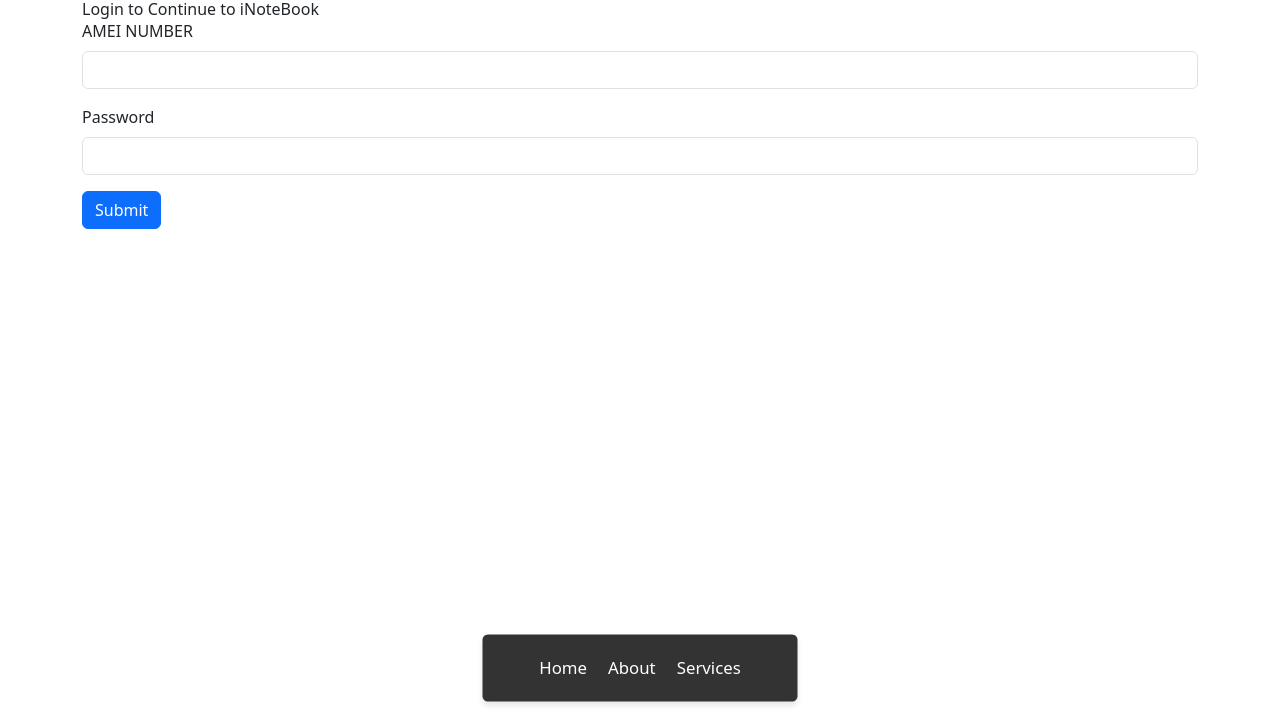
Repository: shash0708/GMR-Lines
Page: /login (app in frontend/)
These files come from the project's save history. The page is drawn as it stood at one moment and after the next save; the edit follows.
The browser window is 1280 px wide. The pictures show the whole page.
The pointer rests on the first visible `.navbar`.
The page's requests for data from a server got no answer. The project was rebuilt for these pictures with package versions that can differ from the ones it lists, and the page was loaded fresh each time. No one was signed in, and anything a server would have sent is missing. Also part of the build but not shown: frontend/src/components/Buttons/Buttons.component.jsx, frontend/src/components/Home/Home.component.jsx, frontend/src/components/Form/Form.css, frontend/src/components/speedDail/SpeedDail.component.jsx, frontend/src/components/Form/Form.component.jsx, frontend/src/components/Card/Card.jsx, frontend/src/components/Card/Card.css, frontend/src/components/Card/Card.component.jsx and 4 more.

Above is the page before, as saved 2024-09-08 23:16:48.

After the next save:
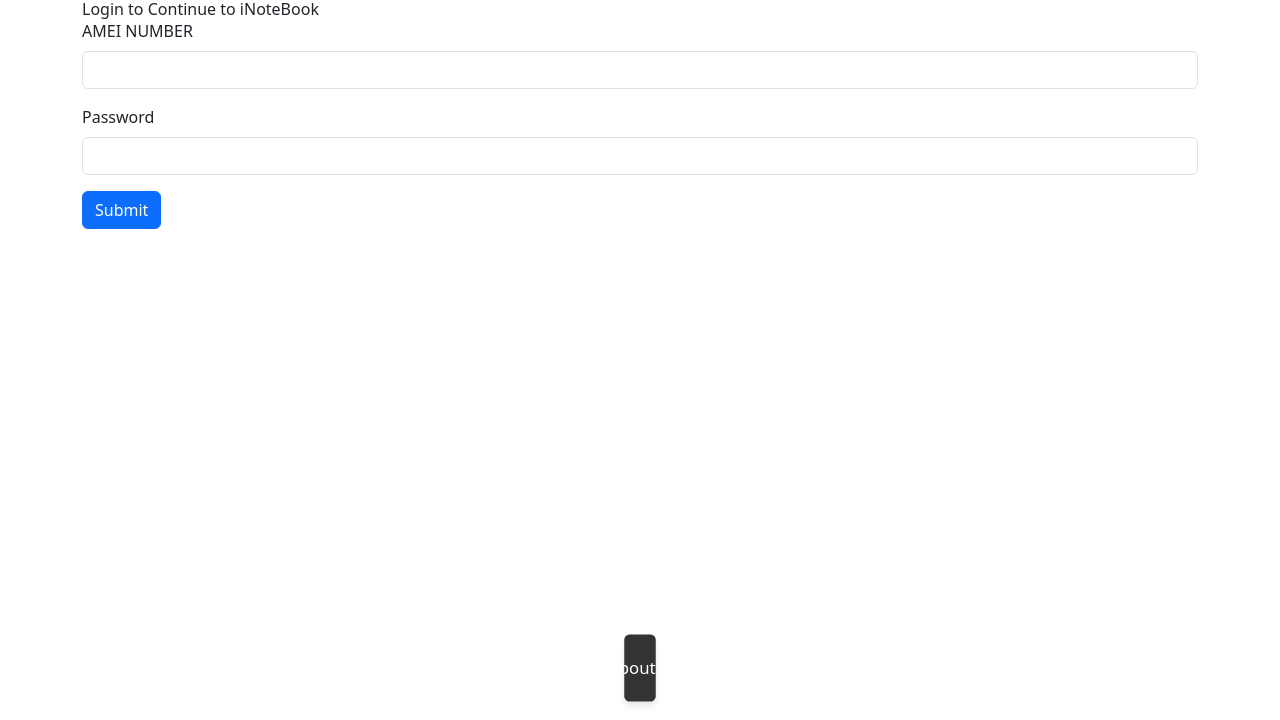
Saved 16 s later.
--- a/frontend/src/components/Header/Navbar.css
+++ b/frontend/src/components/Header/Navbar.css
@@ -28,7 +28,7 @@
   }
 
   .navbar:hover {
-    width: 300px; /* Adjust width on hover */
+    width: 30px; /* Adjust width on hover */
     transform: translateX(-50%) scale(1.05); /* Center Navbar and slightly zoom out */
   }
 

After the save that followed:
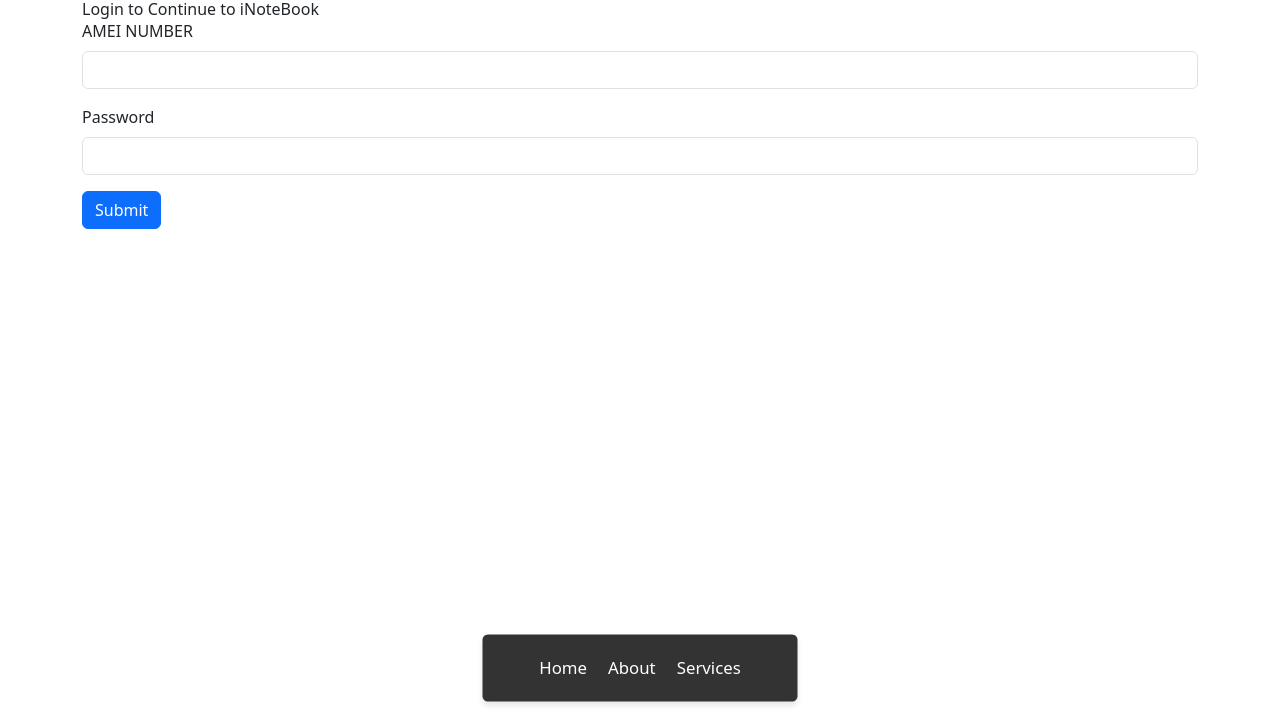
Saved 8 s later.
--- a/frontend/src/components/Header/Navbar.css
+++ b/frontend/src/components/Header/Navbar.css
@@ -28,7 +28,7 @@
   }
 
   .navbar:hover {
-    width: 30px; /* Adjust width on hover */
+    width: 300px; /* Adjust width on hover */
     transform: translateX(-50%) scale(1.05); /* Center Navbar and slightly zoom out */
   }
 
